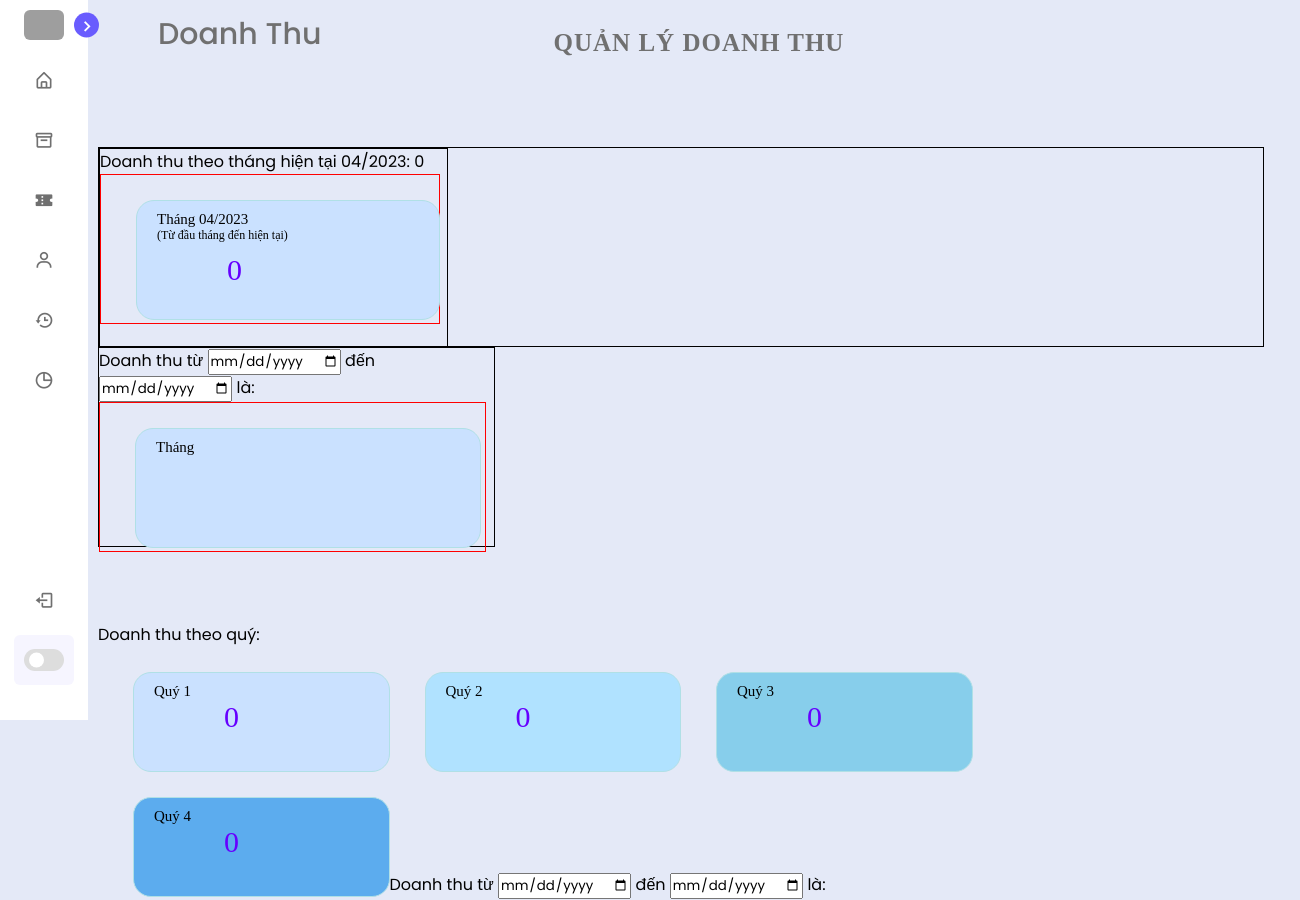
Repository: JeffDaveHudson/CapstoneProject
Page: http://localhost/CapstoneProject/revenue
The author's editor kept a copy of each file at every save. The page is drawn from the files as they stood at one save, then again after the next save.
The browser window is 1280 px wide. The page is 1300 px wide, so the pictures cover 1300 px, including what lies to the right of the window. The pictures show the whole page.
Pictures or frames that could not be fetched are drawn as grey boxes. The page is served by Tomcat 9. Queries for data that is not in the repository find no rows.

Above is the page before, as saved 2023-06-14 04:48:11.

After the next save:
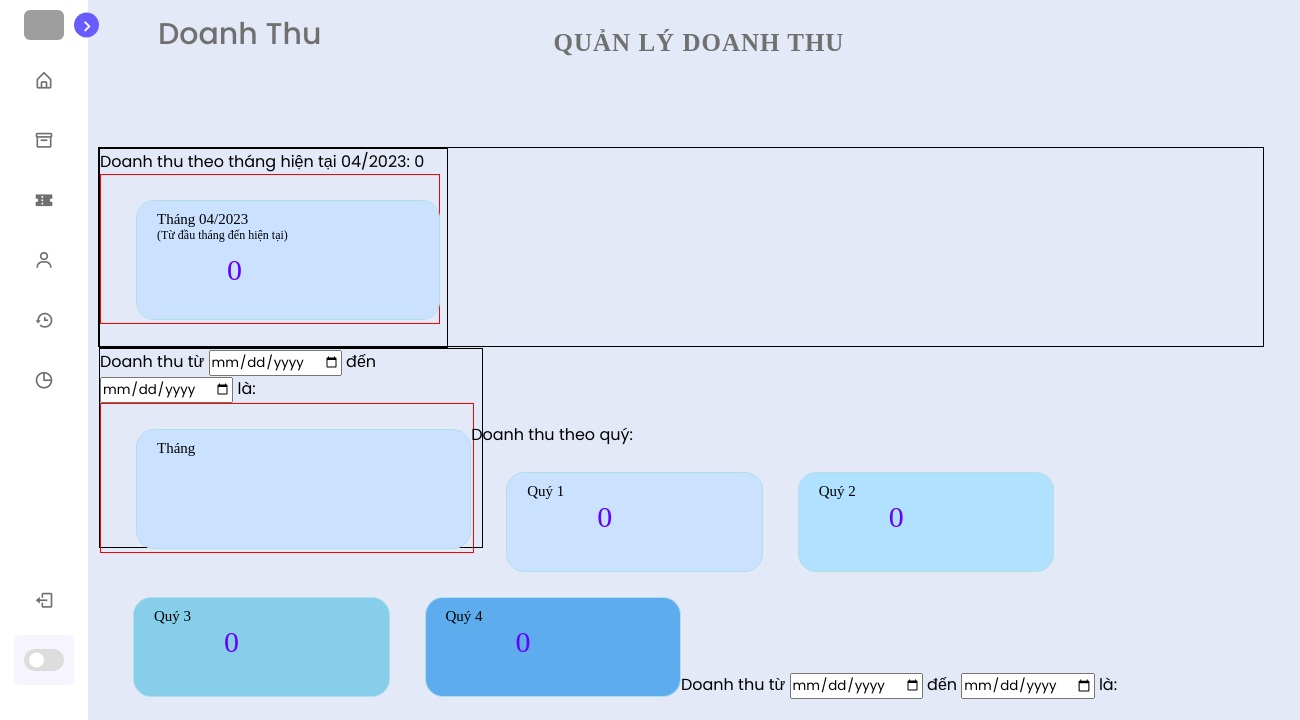
Saved 48 s later.
--- a/CapstoneProject/src/main/webapp/admin/Revenue.jsp
+++ b/CapstoneProject/src/main/webapp/admin/Revenue.jsp
@@ -183,9 +183,8 @@
 					</div>
 				</div>
 			</div>
-		</div>
-
-		<div class="wrapper-div3">
+
+			<div class="wrapper-div3">
 				<form action="revenuebetween2times">
 					Doanh thu từ <input type="date" name="startDate"
 						value="${startDate }"> đến <input type="date"
@@ -200,6 +199,9 @@
 					</div>
 				</form>
 			</div>
+		</div>
+
+
 
 		<br> <br> <br> Doanh thu theo quý: <br>
 		<div class="div1">
